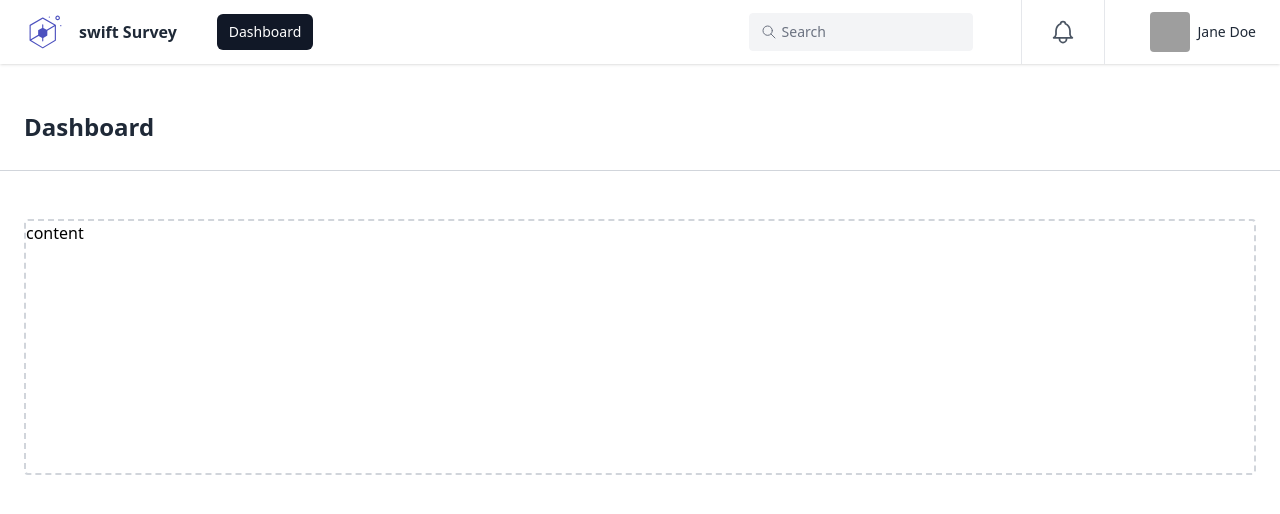
Repository: thomsontochi/swiftSurvey
Page: /dashboard (app in vue/)
The author's editor kept a copy of each file at every save. The page is drawn from the files as they stood at one save, then again after the next save.
The browser window is 1280 px wide. The pictures show the whole page.
Pictures or frames that could not be fetched are drawn as grey boxes. The project was rebuilt for these pictures with package versions that can differ from the ones it lists, and the page was loaded fresh each time. Also part of the build but not shown: vue/vite.config.js, vue/src/views/Surveys.vue, vue/src/components/AuthLayout.vue, vue/src/components/Pages/Welcome.vue.

Above is the page before, as saved 2022-07-16 15:48:51.

After the next save:
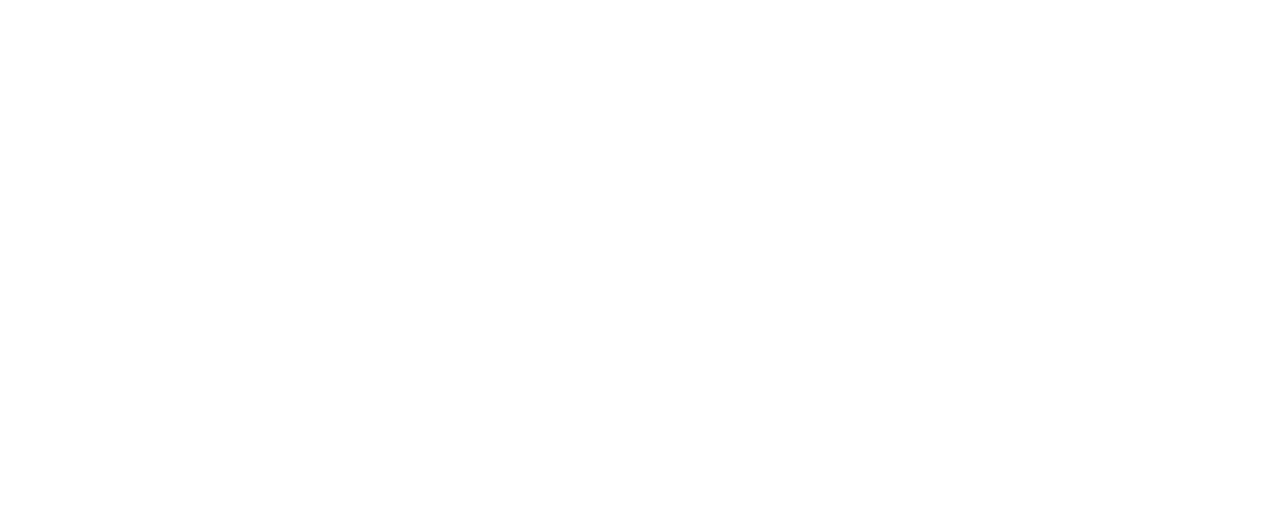
Console error: ReferenceError: c is not defined
Saved 17 s later.
--- a/vue/src/components/DefaultLayout.vue
+++ b/vue/src/components/DefaultLayout.vue
@@ -190,6 +190,8 @@
         // { name: "surveys", to: { path: "/Surveys" } }
         ];
 
+    c
+
 export default {
     name: "LightWithGreyBackground",
     data() {

After the 4 saves that followed:
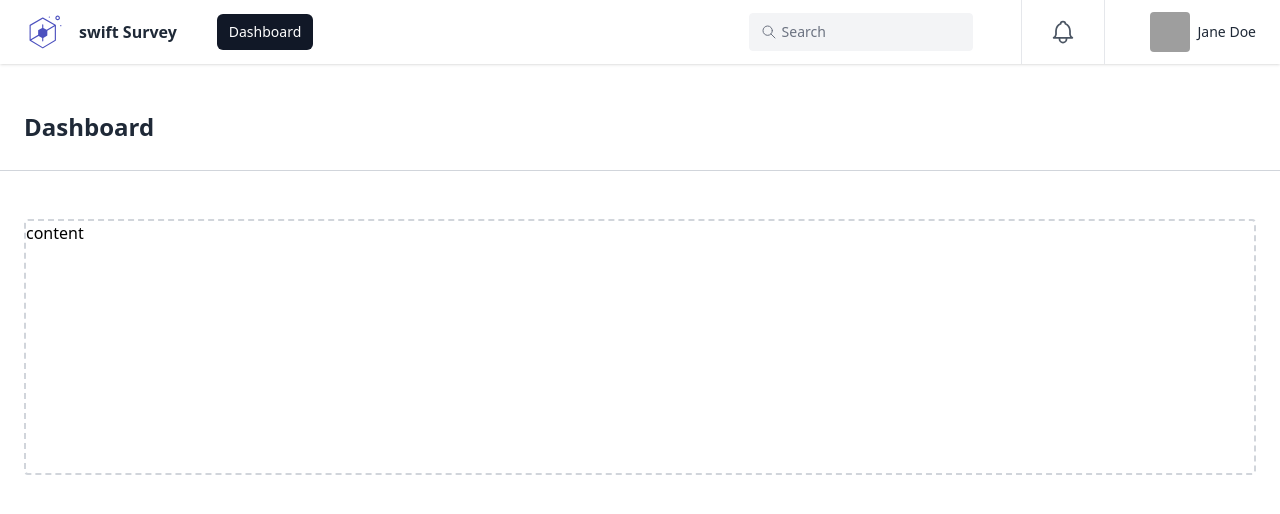
The error is gone.
The 4 saves are shown as one change because 1 did not build or start and some came seconds apart.
The last was saved 22 s later.
--- a/vue/src/components/DefaultLayout.vue
+++ b/vue/src/components/DefaultLayout.vue
@@ -190,7 +190,7 @@
         // { name: "surveys", to: { path: "/Surveys" } }
         ];
 
-    c
+
 
 export default {
     name: "LightWithGreyBackground",
